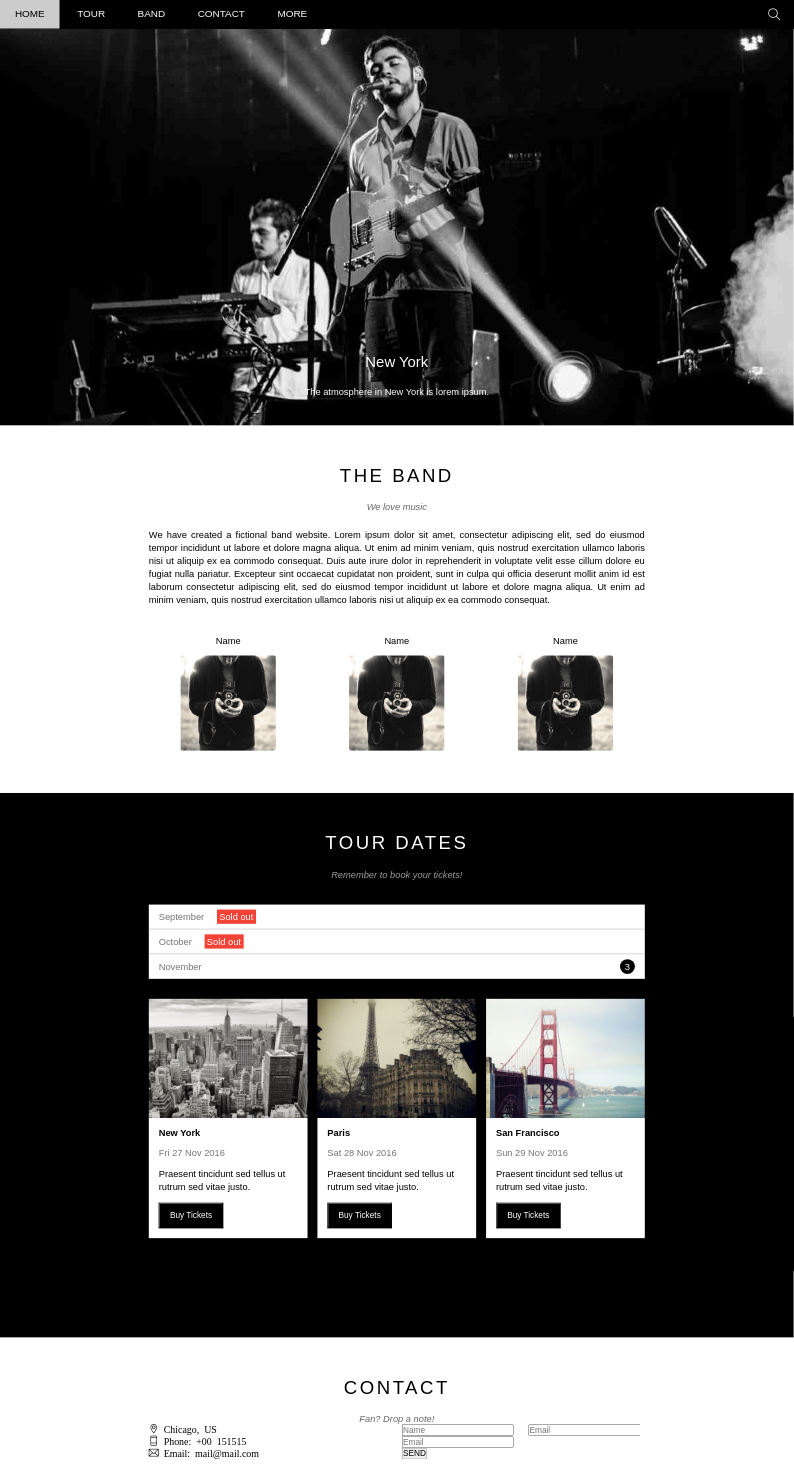
Repository: duyhung0311/band_music
Page: index.html
The author's editor kept a copy of each file at every save. The page is drawn from the files as they stood at one save, then again after the next save.
The browser window is 1280 px wide. The pictures show the whole page, at 62% of full size.

Above is the page before, as saved 2021-08-15 12:18:10.

After the next save:
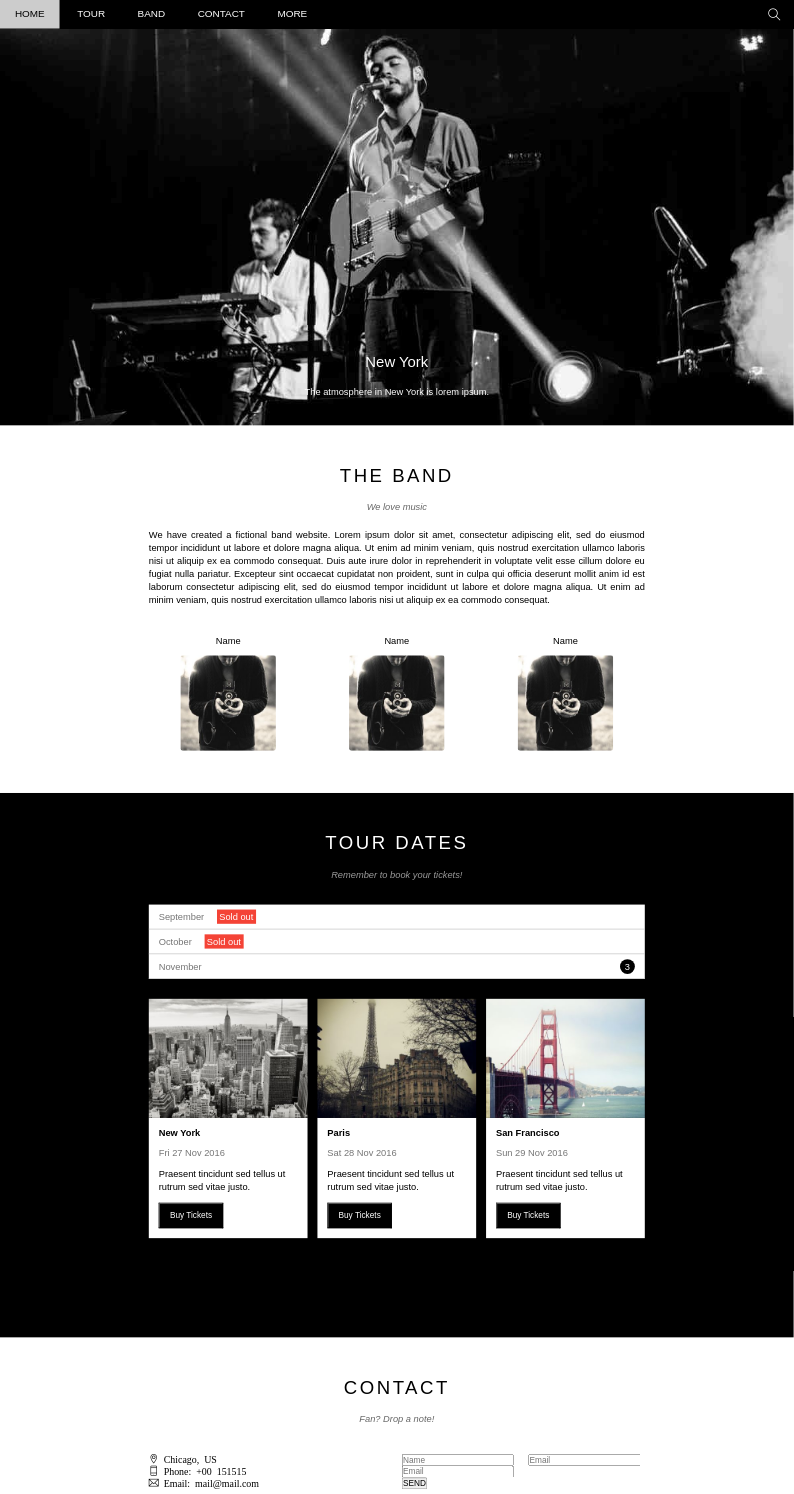
Saved 28 s later.
--- a/assets/css/style.css
+++ b/assets/css/style.css
@@ -385,6 +385,9 @@
 .col-full {
     width:100%;
 }
+.contact-content{
+    margin-top: 48px;
+}
 @keyframes modalFadeIn {
     from {
         transform: translateY(-140px);
